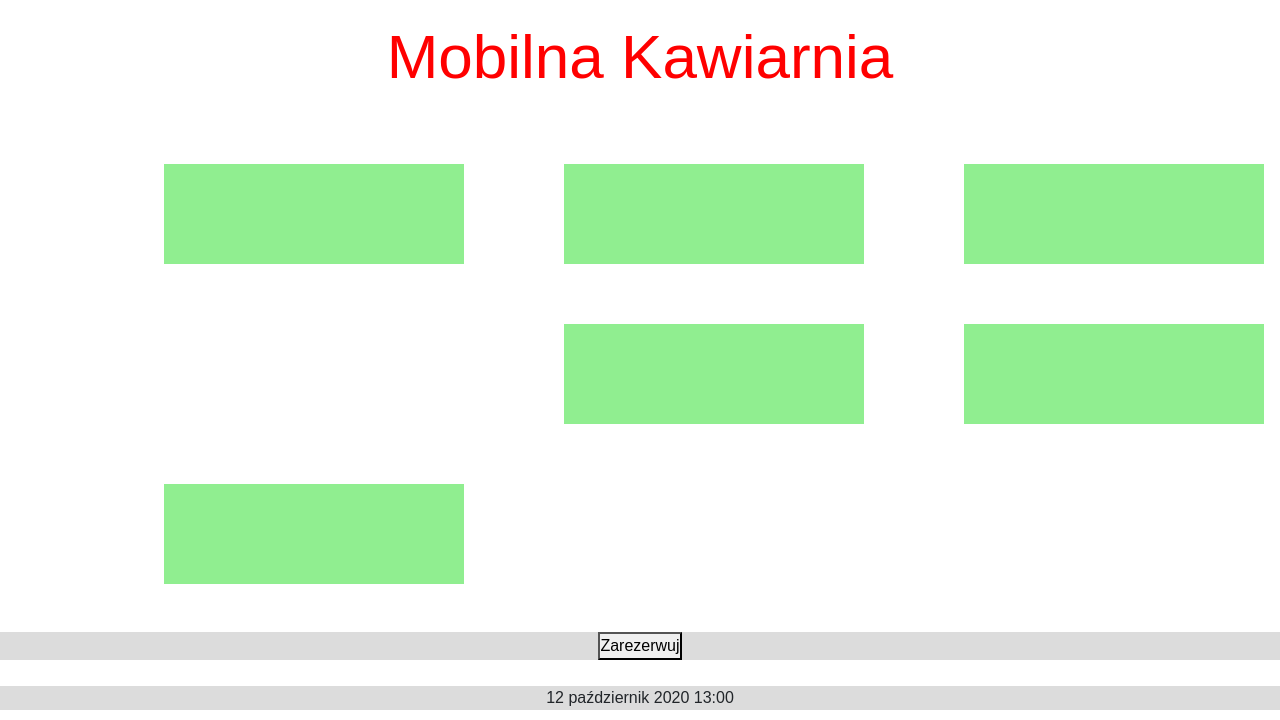
Repository: K009/MobilnaKawiarnia
Page: index.html
The author's editor kept a copy of each file at every save. The page is drawn from the files as they stood at one save, then again after the next save.
The browser window is 1280 px wide. The pictures show the whole page.

Above is the page before, as saved 2020-12-23 17:05:16.

After the next save:
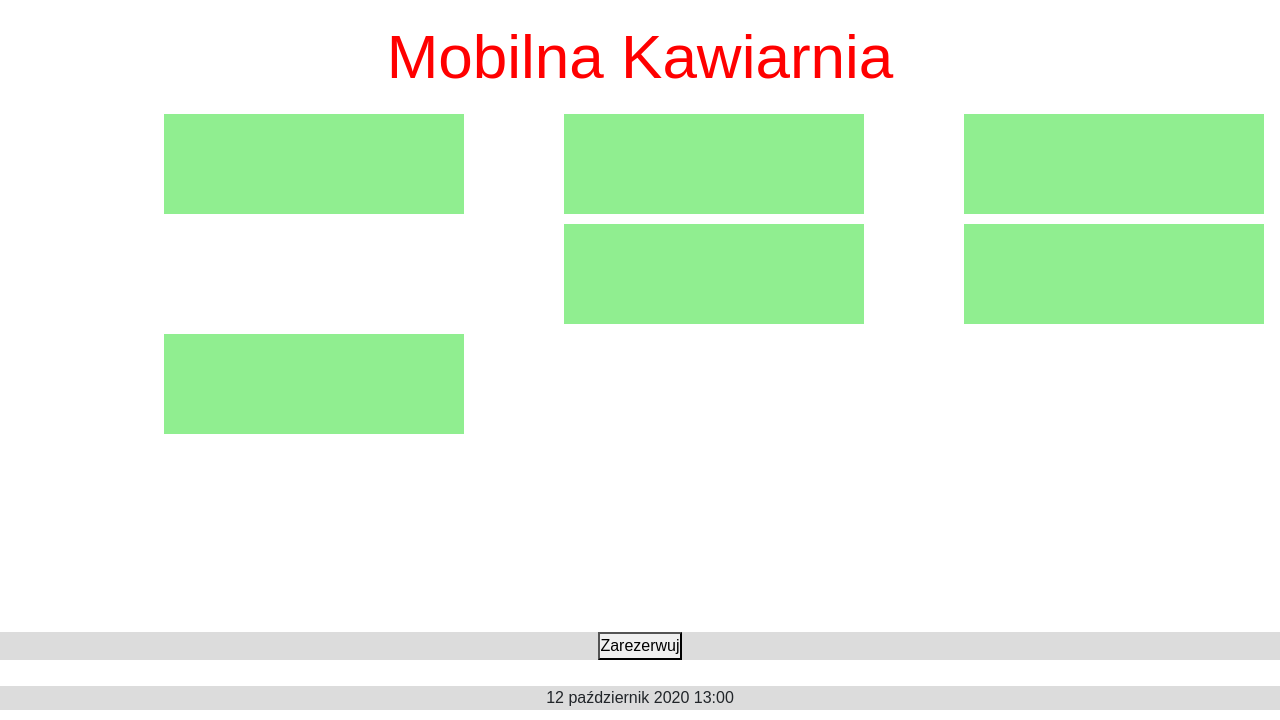
Saved 27 s later.
--- a/style.css
+++ b/style.css
@@ -27,7 +27,7 @@
   margin-left: 5%;
 }
 .tableUp {
-  margin: 50 0 0 100px;
+  margin: 0 0 0 100px;
   float: left;
 }
 .table {
